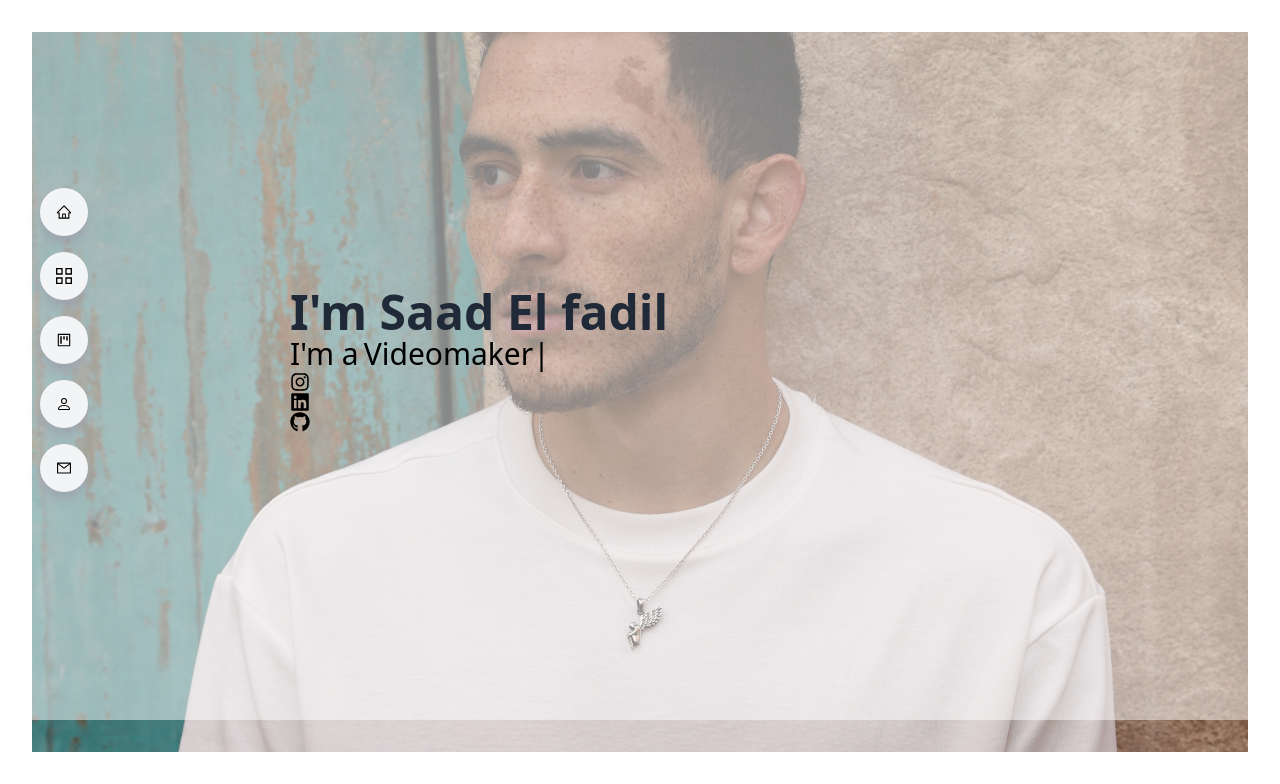
Repository: Saadelfadil/saadelfadil.github.io
Page: /
An editor plug-in stored every save of this project. The page is shown before and after a run of saves, followed by the edit.
The browser window is 1280 px wide. The pictures show the whole page.
The project was rebuilt for these pictures with package versions that can differ from the ones it lists, and the page was loaded fresh each time. Also part of the build but not shown: vite.config.js.

Above is the page before, as saved 2023-02-26 17:04:06.

### src/App.jsx
import './App.css'
import Sidenave from './components/Sidenave'
import Main from './components/Main'

function App() {

  return (
    <div>
      <Sidenave />
      <Main />
    </div>
  )
}

export default App

### src/components/Sidenave.jsx
import React, { useState } from "react";
import { AiOutlineHome, AiOutlineMail, AiOutlineMenu, AiOutlineProject } from "react-icons/ai"
import { GrProjects } from "react-icons/gr"
import { BsPerson } from "react-icons/bs"

const Sidenave = () => {
    const [nav, setNav] = useState(false)

    const handleNav = () => {
        setNav((prev) => prev = !nav);
    };

  return (
    <div>
        <AiOutlineMenu onClick={handleNav} className="absolute top-4 right-4 z-[100] md:hidden"/>
        {
            nav ? (
                <div className="fixed w-full h-screen bg-white/90 flex flex-col justify-center items-center z-20">
                    <a href="#main" className="w-[75%] flex justify-center rounded-full shadow-lg bg-gray-100 shadow-gray-400 m-2 p-4 cursor-pointer hover:scale-110 ease-in duration-200">
                        <AiOutlineHome size={20}/>
                        <span className="pl-4">Home</span>
                    </a>
                    <a href="#work" className="w-[75%] flex justify-center rounded-full shadow-lg bg-gray-100 shadow-gray-400 m-2 p-4 cursor-pointer hover:scale-110 ease-in duration-200">
                        <GrProjects size={20}/>
                        <span className="pl-4">Work</span>
                    </a>
                    <a href="#projects" className="w-[75%] flex justify-center rounded-full shadow-lg bg-gray-100 shadow-gray-400 m-2 p-4 cursor-pointer hover:scale-110 ease-in duration-200">
                        <AiOutlineProject size={20}/>
                        <span className="pl-4">Projects</span>
                    </a>
                    <a href="#main" className="w-[75%] flex justify-center rounded-full shadow-lg bg-gray-100 shadow-gray-400 m-2 p-4 cursor-pointer hover:scale-110 ease-in duration-200">
                        <BsPerson size={20}/>
                        <span className="pl-4">Resume</span>
                    </a>
                    <a href="#contact" className="w-[75%] flex justify-center rounded-full shadow-lg bg-gray-100 shadow-gray-400 m-2 p-4 cursor-pointer hover:scale-110 ease-in duration-200">
                        <AiOutlineMail size={20}/>
                        <span className="pl-4">Contact</span>
                    </a>
                </div>
            ) : ""
        }

        <div className="md:block hidden fixed top-[25%] z-10">
            <div className="flex flex-col">
                <a href="#main" className="rounded-full shadow-lg bg-gray-100 shadow-gray-400 m-2 p-4 cursor-pointer hover:scale-110 ease-in duration-300 ">
                    <AiOutlineHome />
                </a>
                <a href="#work" className="rounded-full shadow-lg bg-gray-100 shadow-gray-400 m-2 p-4 cursor-pointer hover:scale-110 ease-in duration-300 ">
                    <GrProjects />
                </a>
                <a href="#projects" className="rounded-full shadow-lg bg-gray-100 shadow-gray-400 m-2 p-4 cursor-pointer hover:scale-110 ease-in duration-300 ">
                    <AiOutlineProject />
                </a>
                <a href="#main" className="rounded-full shadow-lg bg-gray-100 shadow-gray-400 m-2 p-4 cursor-pointer hover:scale-110 ease-in duration-300 ">
                    <BsPerson />
                </a>
                <a href="#contact" className="rounded-full shadow-lg bg-gray-100 shadow-gray-400 m-2 p-4 cursor-pointer hover:scale-110 ease-in duration-300 ">
                    <AiOutlineMail />
                </a>
            </div>
        </div>
    </div>
  )
};

export default Sidenave;

### src/components/Main.jsx
import React from "react";
import { TypeAnimation } from "react-type-animation"
import { FaGithub, FaInstagram, FaLinkedin } from "react-icons/fa"

const Main = () => {
  return (
    <div id="main">
        <img className="w-full h-screen object-cover object-right " src="/src/assets/saadelfadil.jpg" alt="saadelfadil" />
        <div className="w-full h-screen absolute top-0 left-0 bg-white/50 ">
            <div className="max-w-[700px] m-auto h-full w-full flex flex-col justify-center lg:items-start items-center ">
                <h1 className="sm:text-5xl text-4xl font-bold text-gray-800">I'm Saad El fadil</h1>
                <h2 className="flex sm:text-3xl text-2xl">I'm a
                    <TypeAnimation
                        sequence={[
                            'Software Engineer', // Types 'One'
                            1000, // Waits 1s
                            'Videomaker', // Deletes 'One' and types 'Two'
                            2000, // Waits 2s
                        ]}
                        wrapper="div"
                        cursor={true}
                        repeat={Infinity}
                        style={{ fontSize: '1em', paddingLeft: "5px" }}
                    />
                </h2>
                <div>
                        <FaInstagram size={20} className="cursor-pointer"/>
                        <FaLinkedin size={20} className="cursor-pointer"/>
                        <FaGithub size={20} className="cursor-pointer"/>
                </div>
            </div>
        </div>
    </div>
  )
};

export default Main;

Loaded but not shown: index.html (common file); src/main.jsx (common file); src/index.css (common file); src/App.css (common file); tailwind.config.cjs (common file)

After the next 2 saves:
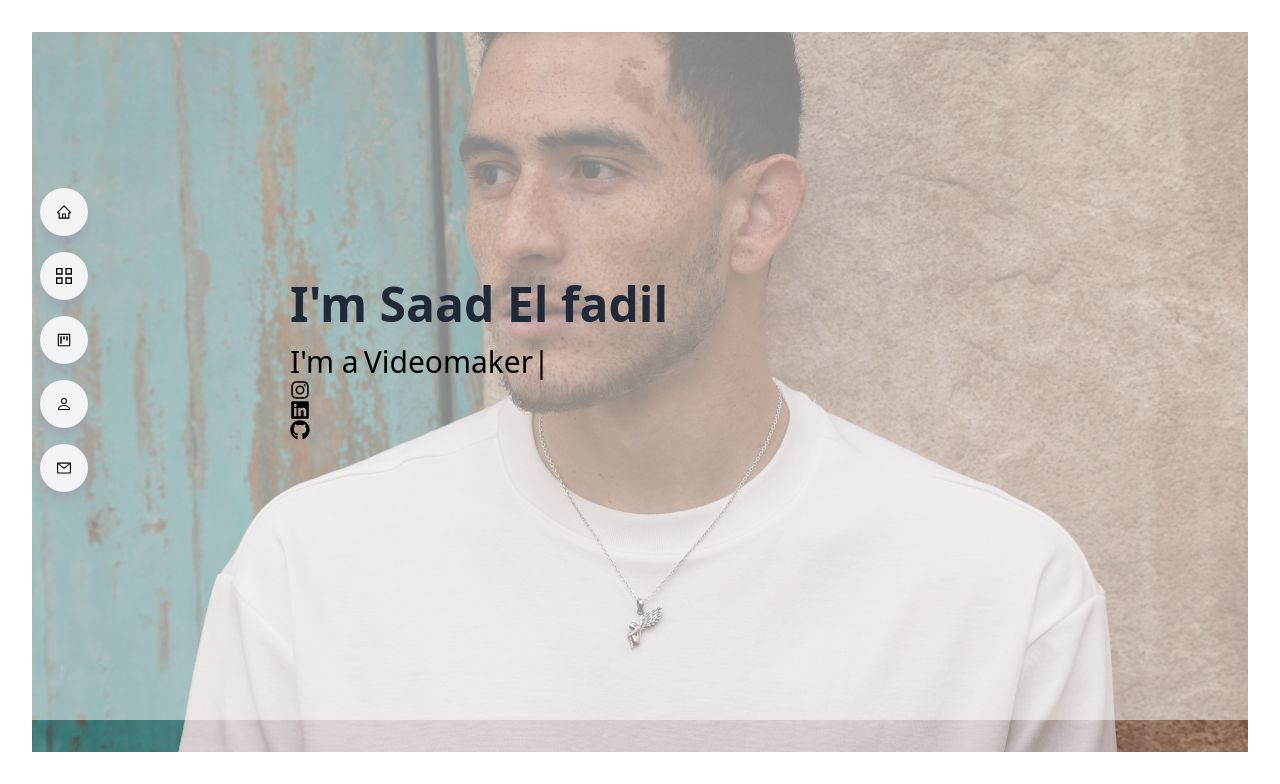
The 2 saves are shown as one change because they came seconds apart.
The last was saved 9 s later.
--- a/src/components/Main.jsx
+++ b/src/components/Main.jsx
@@ -9,7 +9,7 @@ const Main = () => {
         <div className="w-full h-screen absolute top-0 left-0 bg-white/50 ">
             <div className="max-w-[700px] m-auto h-full w-full flex flex-col justify-center lg:items-start items-center ">
                 <h1 className="sm:text-5xl text-4xl font-bold text-gray-800">I'm Saad El fadil</h1>
-                <h2 className="flex sm:text-3xl text-2xl">I'm a
+                <h2 className="flex sm:text-3xl text-2xl pt-4 text-">I'm a
                     <TypeAnimation
                         sequence={[
                             'Software Engineer', // Types 'One'
